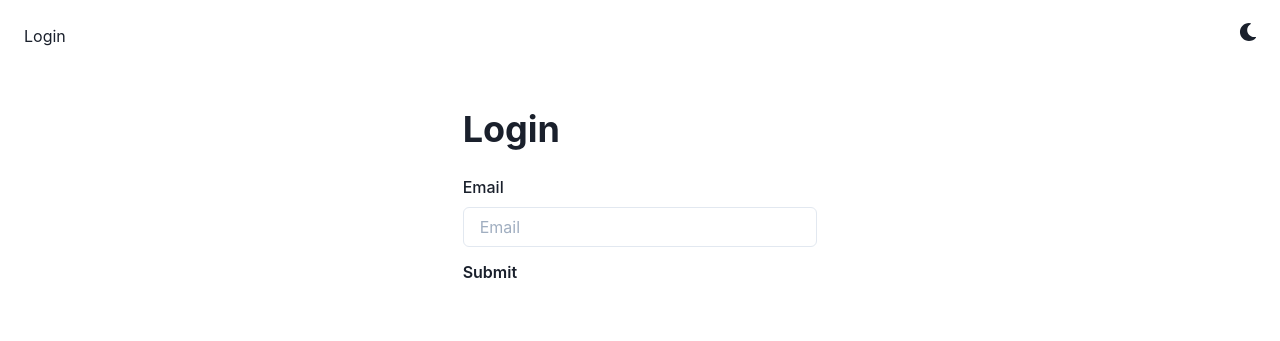
Repository: KCMicheal/firauth
Page: /login
An editor plug-in stored every save of this project. The page is shown before and after the next save, followed by the edit.
The browser window is 1280 px wide. The pictures show the whole page.
The page's requests for data from a server got no answer. The project was rebuilt for these pictures with package versions that can differ from the ones it lists, and the page was loaded fresh each time. No one was signed in, and anything a server would have sent is missing.

Above is the page before, as saved 2021-05-06 14:34:53.

### src/index.js
import { ColorModeScript } from '@chakra-ui/react';
import React, { StrictMode } from 'react';
import ReactDOM from 'react-dom';
import { ChakraProvider, theme} from '@chakra-ui/react';
import App from './App';
import reportWebVitals from './reportWebVitals';
import * as serviceWorker from './serviceWorker';
import {AuthProvider} from './hooks/useAuth'

ReactDOM.render(
  <StrictMode>
    <ColorModeScript />
    <ChakraProvider theme={theme}>
      <AuthProvider>
        <App />
      </AuthProvider>
    </ChakraProvider>

  </StrictMode>,
  document.getElementById('root')
);

// If you want your app to work offline and load faster, you can change
// unregister() to register() below. Note this comes with some pitfalls.
// Learn more about service workers: https://cra.link/PWA
serviceWorker.unregister();

// If you want to start measuring performance in your app, pass a function
// to log results (for example: reportWebVitals(console.log))
// or send to an analytics endpoint. Learn more: https://bit.ly/CRA-vitals
reportWebVitals();

### src/App.js
import React from 'react';
import Layout from './components/layout/Layout';
import {BrowserRouter as Router, Switch, Route} from 'react-router-dom'
import LoginForm from './components/auth/LoginForm';

function App() {
  return (
    <Router>
      <Switch>
        <Layout>
          <Route path="/login">
            <LoginForm/>
          </Route>
      </Layout>
      </Switch>
    </Router>

  );
}

export default App;

### src/hooks/useAuth.js
import { useState, useEffect, useContext, createContext } from 'react';
import firebase from 'firebase/app';
import 'firebase/auth'

//Initialize Firebase
firebase.initializeApp({
    apiKey: process.env.REACT_APP_FB_API,
    authDomain: process.env.REACT_APP_FB_DOMAIN,
    projectId: process.env.REACT_APP_FB_PROJECT,
    storageBucket: process.env.REACT_APP_FB_BUCKET,
    messagingSenderId: process.env.REACT_APP_FB_SENDER,
    appID: process.env.REACT_APP_FB_APP,
});

const AuthContext = createContext()

// Hook for child components to get the auth object ...
//... and re-render when it changes
export const useAuth = () => {
    return useContext(AuthContext)
}

//Provider hook that creates auth object and handles State
export const AuthProvider = ({children}) => {
    const [user, setUser] = useState(null);
    const [isAuthenticating, setIsAuthenticating] = useState(true);

    const sendSignInLinkToEmail = email => {
        return firebase.auth().sendSignInLinkToEmail(email, {
            url:'http://localhost:3000/confirm',
            handleCodeInApp : true,
        })
        .then(() => {
            return true;
        });
    }

    const signInWithEmailLink = (email, code) => {
        return firebase.auth().signInWithEmailLink(email, code).then(result => {
            setUser(result.user)
            return true;
        })
    }

    const logout = () => {
        return firebase
            .auth()
            .signOut()
            .then(() => {
                setUser(null)
            })
    }

    //Subscribe to user on mount
    //Because this sets state in the callback it will cause any ...
    //...component that utilizes this hook to re-render with the ...
    //...latest auth object.
    useEffect(() => {
        const unsubscribe = firebase.auth().onAuthStateChanged(user => {
            setUser(user)
            setIsAuthenticating(false)
        });

        //Cleanup subscription on unmount
        return () => unsubscribe();
    }, []);

    const values = {
        user,
        isAuthenticating,
        sendSignInLinkToEmail,
        signInWithEmailLink,
        logout
    }

    return (
        <AuthContext.Provider value={values}>
            {!isAuthenticating && children}
        </AuthContext.Provider>
    )
}

### src/components/layout/Layout.js
import React from 'react';
import { Grid } from '@chakra-ui/react';

import {ColorModeSwitcher} from './ColorModeSwitcher';
import Navbar from './Navbar';


const Layout =({ children }) => {
    return (
        <Grid minH="100vh"
        templateColumns="repeat(3, 1fr)"
        templateRows="max-content"
        gap={6}
        p={3}>
            <Navbar/>
            <ColorModeSwitcher position='absolute' top={3} right={3}/>
            {children}
        </Grid>
    )
};

export default Layout

### src/components/auth/LoginForm.js
import React from 'react';
import {useForm} from 'react-hook-form'
import {
    Heading,
    GridItem,
    Alert,
    AlertIcon,
    FormLabel,
    FormControl,
    Input,
    Button,
} from '@chakra-ui/react';

import {useAuth} from '../../hooks/useAuth'

const LoginForm = () => {
    const {handleSubmit, register, errors, setError, formState} = useForm()

    const {sendSignInLinkToEmail} = useAuth()

    const onSubmit = async data => {
        try{
            await sendSignInLinkToEmail(data.email)
        } catch (error) {
            setError('email', {
                type: 'manual',
                message: error.message
            });
        }
    }

    return (
        <GridItem
                colStart={[1, null, null, 2, null, null]}
                colSpan={[3, null, null, 1, null, null]}
                p={6}>
                    <Heading as="h1" mb={6}>Login</Heading>
                    <form onSubmit={handleSubmit(onSubmit)}>
                        <FormControl>
                            <FormLabel htmlFor='email'>Email</FormLabel>
                            <Input name="email" placeholder="Email" ref={register()}/>
                            <Button mt={4} colorScheme="'teal" isLoading={formState.isSubmitting} type="submit">Submit</Button>
                        </FormControl>
                    </form>
                </GridItem>
    )
}

export default LoginForm

### src/components/layout/Navbar.js
import React from 'react';
import { GridItem, Box, Flex, Text } from '@chakra-ui/react';
import { Link } from 'react-router-dom';

import { useAuth } from '../../hooks/useAuth'

const Navbar = () => {
    const {user, logout} = useAuth();

    return (
        <GridItem colStart={1} colSpan={3} p={3}>
            <Flex>
                {user && (
                    <>
                        <Link to='/'>
                            <Text fontSize='md' mr={8}>Dashboard</Text>
                        </Link>
                        <Box as="button" onClick={logout}>
                            <Text fontSize="md" mr={8}>
                                Logout
                            </Text>
                    </Box>
                    </>
                )}
                {!user && (
                    <Link to="/login">
                        <Text fontSize="md" mr={8}>
                            Login
                        </Text>
                    </Link>
                )}
            </Flex>
        </GridItem>
    )
}

export default Navbar

Loaded but not shown: public/index.html (common file); src/reportWebVitals.js (common file); src/serviceWorker.js (common file); src/components/layout/ColorModeSwitcher.js (common file)

After the next save:
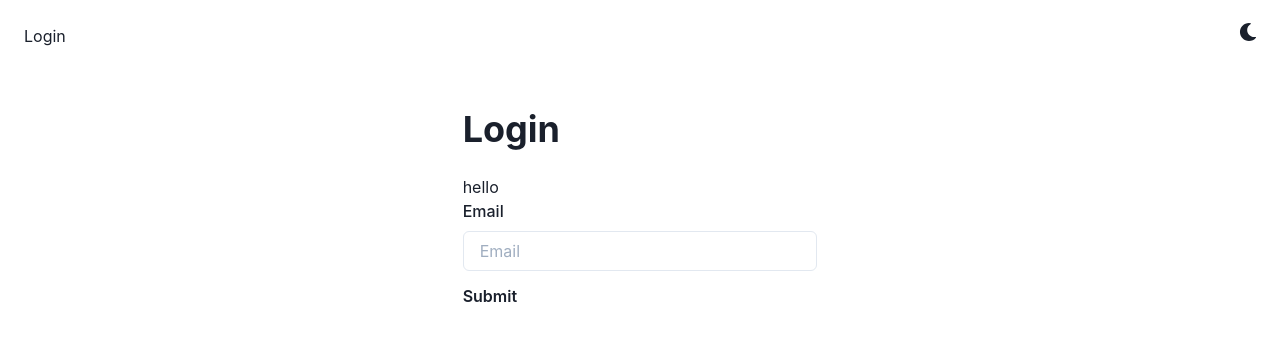
Saved 10 min 3 s later.
--- a/src/components/auth/LoginForm.js
+++ b/src/components/auth/LoginForm.js
@@ -35,6 +35,7 @@ const LoginForm = () => {
                 colSpan={[3, null, null, 1, null, null]}
                 p={6}>
                     <Heading as="h1" mb={6}>Login</Heading>
+                    <p>hello</p>
                     <form onSubmit={handleSubmit(onSubmit)}>
                         <FormControl>
                             <FormLabel htmlFor='email'>Email</FormLabel>
